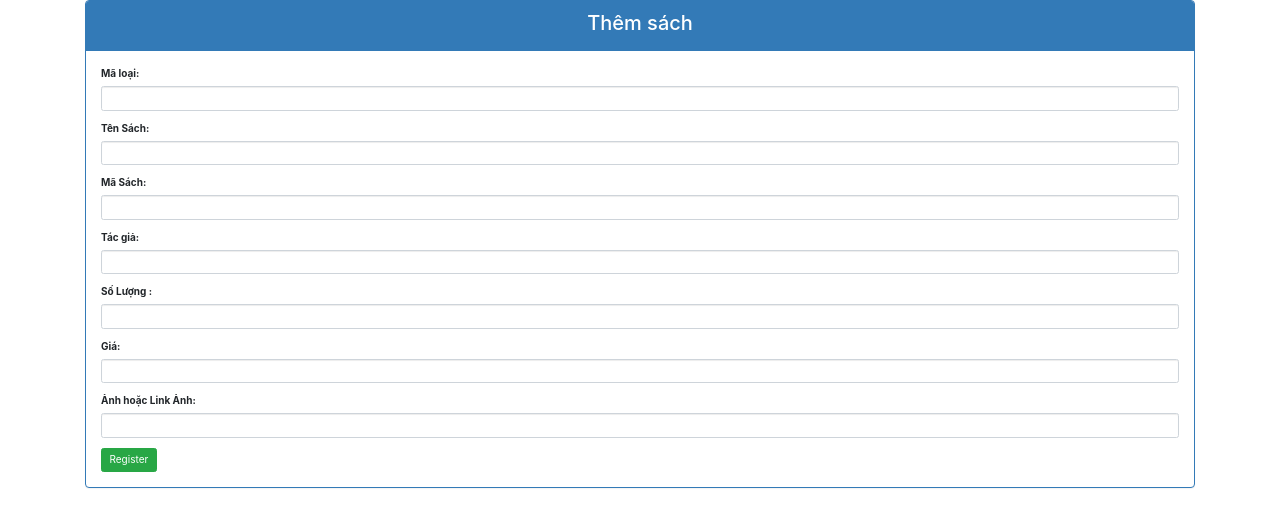
Repository: jehjery/trang-ban-sach
Page: http://localhost/test1/webapp/SuaSach.jsp
An editor plug-in stored every save of this project. The page is shown before and after the next save, followed by the edit.
The browser window is 1280 px wide. The pictures show the whole page.
The page is served by Tomcat 9.

Above is the page before, as saved 2022-12-07 21:34:46.

After the next save:
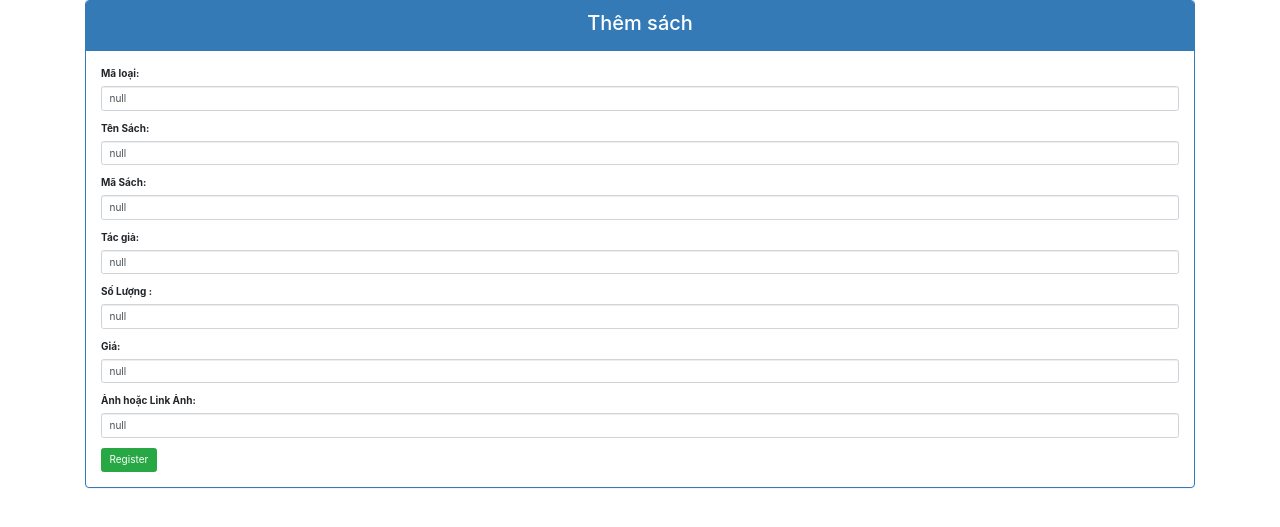
Saved 2 min 55 s later.
--- a/test1/src/main/webapp/webapp/SuaSach.jsp
+++ b/test1/src/main/webapp/webapp/SuaSach.jsp
@@ -51,39 +51,39 @@
 				<div class="form-group">
 
 				  <label for="usr">Mã loại:</label>
-				  <input
+				  <input 	value="<%=maloai %>"
 				  name= "maloai" required="true" type="text" class="form-control" id="usr">
 				</div>
 				<div class="form-group">
 				  <label for="usr">Tên Sách:</label>
-				  <input
+				  <input value="<%=tensach %>"
 				  name= "Tensach" required="true" type="text" class="form-control" id="usr">
 				</div>
 
 					<div class="form-group">
 				  <label for="usr">Mã Sách:</label>
-				  <input
+				  <input value="<%=masach %>"
 				  name= "masach" required="true" type="text" class="form-control" id="usr">
 				</div>
 				<div class="form-group">
 				  <label for="usr">Tác giả:</label>
-				  <input
+				  <input value="<%=tacgia %>"
 				  name= "tacgia" required="true" type="text" class="form-control" id="usr">
 				</div>
 						<div class="form-group">
 				  <label for="usr">Số Lượng :</label>
-				  <input
+				  <input value="<%=soluong %>"
 				  name= "soluong" required="true" type="text" class="form-control" id="usr">
 				</div>
 				<div class="form-group">
 				  <label for="usr">Giá:</label>
-				  <input
+				  <input value="<%=gia %>"
 				  name= "gia" required="true" type="text" class="form-control" id="usr">
 				</div>
 
 					<div class="form-group">
 				  <label for="usr">Ảnh hoặc Link Ảnh:</label>
-				  <input
+				  <input value="<%=anh %>"
 				  name= "Anh" required="true" type="text" class="form-control" id="usr">
 				</div>
 
